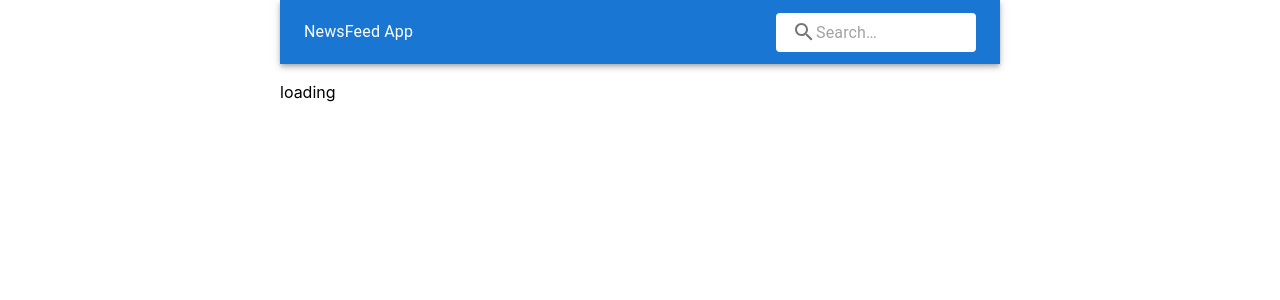
Repository: Baraajad231/News-Feed
Page: /
The author's editor kept a copy of each file at every save. The page is drawn from the files as they stood at one save, then again after a run of saves.
The browser window is 1280 px wide. The pictures show the whole page.
The page's requests for data from a server got no answer. The project was rebuilt for these pictures with package versions that can differ from the ones it lists, and the page was loaded fresh each time. No one was signed in, and anything a server would have sent is missing. Also part of the build but not shown: vite.config.js, src/components/newsArticle.jsx.

Above is the page before, as saved 2026-03-20 22:59:53.

### index.html
<!doctype html>
<html lang="en">
  <head>
    <meta charset="UTF-8" />
    <link rel="icon" type="image/svg+xml" href="/favicon.svg" />
    <meta name="viewport" content="width=device-width, initial-scale=1.0" />
    <title>vite-project</title>
  </head>
  <body>
    <div id="root"></div>
    <script type="module" src="/src/main.jsx"></script>
  </body>
</html>

### src/index.css
:root {
  font-family: Inter, system-ui, Avenir, Helvetica, Arial, sans-serif;
  line-height: 1.5;
  font-weight: 400;
}

body {
  margin: 0 auto;
  display: flex;
  min-width: 320px;
  max-width: 768px;
  min-height: 100vh;
}

#root {
  width: 100%;
}

### src/App.jsx
import { Container } from "@mui/material";
import NewsFeed from "./components/NewsFeed";
import NewsHeader from "./components/NewsHeader";
import { useEffect, useState } from "react";

function App() {
  const [articles, setArticles] = useState([]);
  const [isLoading, setIsLoading] = useState(false);

  const loadData = async (q) => {
    const response = await fetch(
      `https://newsapi.org/v2/top-headlines?country=us&q=${q}&apiKey=${import.meta.env.VITE_NEWS_API_KEY}`,
    );
    const data = await response.json();

    return data?.articles?.map((article) => {
      const { title, description, urlToImage, author, publishedAt } = article;
      return { title, description, author, publishedAt, image: urlToImage };
    });
  };
  console.log("1");

  // تختصار ل data => setArticles(data)

  useEffect(() => {
    // eslint-disable-next-line react-hooks/set-state-in-effect
    setIsLoading(true);

    loadData("").then((data) => {
      setArticles(data);
      setIsLoading(false);
    });
  }, []);

  const searchChangeHandler = (newQuery) => {
    setIsLoading(true);

    loadData(newQuery).then((data) => {
      setArticles(data);
      setIsLoading(false);
    });
  };
  return (
    <Container>
      <NewsHeader onSearchChange={searchChangeHandler} />
      {isLoading ? (
        <p>loading</p>
      ) : (
        <NewsFeed articles={articles} loading={isLoading} />
      )}
    </Container>
  );
}

export default App;

### src/components/NewsFeed.jsx
import { Box, CircularProgress, Typography } from "@mui/material";
import NewsArticle from "./newsArticle";

const NewsFeed = ({ articles, loading }) => {
  if (loading) {
    return (
      <Box
        display="flex"
        justifyContent="center"
        alignItems="center"
        height="50vh"
      >
        <CircularProgress />
      </Box>
    );
  }

  const results = !articles.length ? (
    <Typography align="center" variant="h6" color="textSecondary" marginTop={4}>
      No articles found.
    </Typography>
  ) : (
    articles.map((article) => (
      <NewsArticle {...article} key={crypto.randomUUID()} />
    ))
  );
  return <div>{results}</div>;
};

export default NewsFeed;

### src/components/NewsHeader.jsx
import AppBar from "@mui/material/AppBar";
import Toolbar from "@mui/material/Toolbar";
import Typography from "@mui/material/Typography";
import InputBase from "@mui/material/InputBase";
import SearchIcon from "@mui/icons-material/Search";
import { styled } from "@mui/material/styles";

const Search = styled("div")(({ theme }) => ({
  position: "relative",
  borderRadius: theme.shape.borderRadius,
  backgroundColor: theme.palette.common.white,
  "&:hover": {
    backgroundColor: theme.palette.common.white,
  },
  marginLeft: "auto",
  width: 200,
}));
const SearchIconWrapper = styled("div")(({ theme }) => ({
  padding: theme.spacing(0, 2),
  height: "100%",
  position: "absolute",
  pointerEvents: "none",
  display: "flex",
  alignItems: "center",
  justifyContent: "center",
}));
const StyledInputBase = styled(InputBase)(({ theme }) => ({
  color: theme.palette.text.primary,
  "& .MuiInputBase-input": {
    padding: theme.spacing(1, 1, 1, 5),
    transition: theme.transitions.create("width"),
    width: "100%",
  },
}));

const NewsHeader = ({ onSearchChange }) => {
  const handleShearchChange = (e) => {
    onSearchChange(e.target.value);
  };

  return (
    <AppBar position="static">
      <Toolbar>
        <Typography>NewsFeed App</Typography>
        <Search>
          <SearchIconWrapper>
            <SearchIcon color="action" />
          </SearchIconWrapper>
          <StyledInputBase
            placeholder="Search…"
            inputProps={{ "aria-label": "search" }}
            onChange={handleShearchChange}
          />
        </Search>
      </Toolbar>
    </AppBar>
  );
};

export default NewsHeader;

Loaded but not shown: src/main.jsx (common file)

After the next 2 saves:
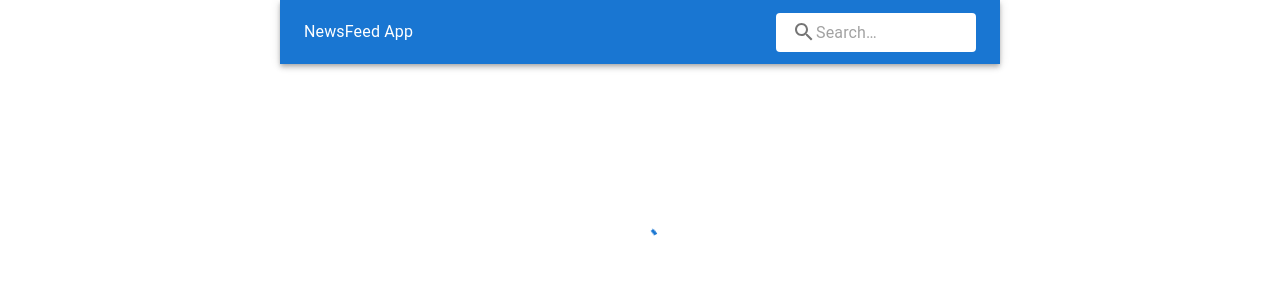
The 2 saves are shown as one change because they came seconds apart.
The last was saved 18 s later.
--- a/src/App.jsx
+++ b/src/App.jsx
@@ -43,11 +43,7 @@
   return (
     <Container>
       <NewsHeader onSearchChange={searchChangeHandler} />
-      {isLoading ? (
-        <p>loading</p>
-      ) : (
-        <NewsFeed articles={articles} loading={isLoading} />
-      )}
+      <NewsFeed articles={articles} loading={isLoading} />
     </Container>
   );
 }
